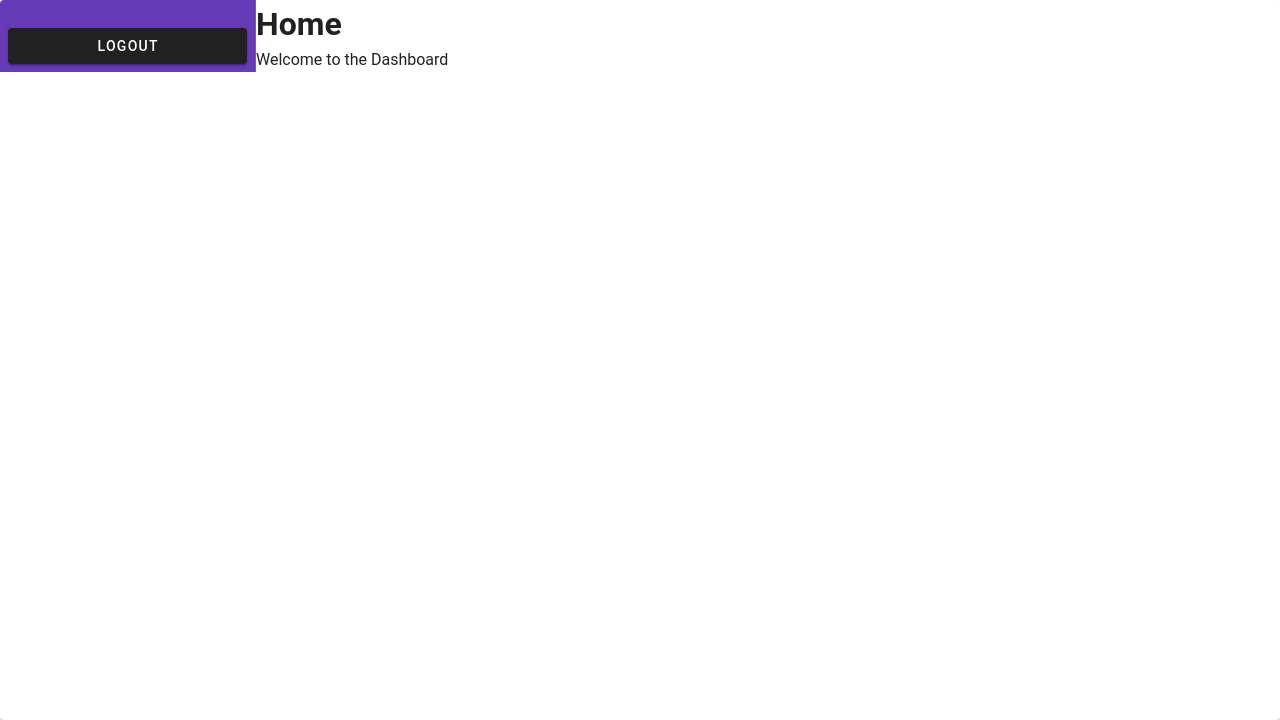
Repository: NtiSilva/Front_AG
Page: /
The author's editor kept a copy of each file at every save. The page is drawn from the files as they stood at one save, then again after the next save.
The browser window is 1280 px wide. The pictures show the whole page.
The project was rebuilt for these pictures with package versions that can differ from the ones it lists, and the page was loaded fresh each time. Also part of the build but not shown: vite.config.mjs, src/components/Alert.vue, src/components/Atividades/FormActivities.vue, src/components/Atividades/index.vue, src/components/Clientes/FormClient.vue, src/components/Dialog.vue, src/components/DialogRemove.vue, src/components/Clientes/ListClients.vue and 9 more.

Above is the page before, as saved 2024-06-19 16:14:03.

### src/App.vue
<template>
  <v-app>
    <v-card style="height: 100%">
    <v-layout>
      <v-navigation-drawer
        class="bg-deep-purple"
        theme="dark"
        permanent
      >
        <v-list color="transparent">
          <v-list-item prepend-icon="mdi-view-dashboard" title="Dashboard"></v-list-item>
          <v-list-item prepend-icon="mdi-account-box" title="Account"></v-list-item>
          <v-list-item prepend-icon="mdi-gavel" title="Admin"></v-list-item>
        </v-list>

        <template v-slot:append>
          <div class="pa-2">
            <v-btn block>
              Logout
            </v-btn>
          </div>
        </template>
      </v-navigation-drawer>

      <v-main style="height: 100%">
        <router-view />
      </v-main>
    </v-layout>
  </v-card>
  </v-app>
</template>

<script>
export default {
  name: 'App',
  methods: {
    navigateTo(route) {
      this.$router.push(route);
    },
  },
};
</script>

### src/plugins/vuetify.js
/**
 * plugins/vuetify.js
 *
 * Framework documentation: https://vuetifyjs.com`
 */

// Styles
import "@mdi/font/css/materialdesignicons.css";
import "vuetify/styles";

// Composables
import { createVuetify } from "vuetify";

// https://vuetifyjs.com/en/introduction/why-vuetify/#feature-guides
export default createVuetify({
  // theme: {
  //   defaultTheme: "",
  // },
});

### src/router/index.js
import { createRouter, createWebHistory } from "vue-router";
import Projects from "@/pages/Projects.vue";
import Activities from "@/pages/Activities.vue";
import Clients from "@/pages/Clients.vue";
import Home from "@/pages/HomePage.vue";

const routes = [
  {
    path: "/",
    name: "Home",
    component: Home,
  },
  {
    path: "/clients",
    name: "Clients",
    component: Clients,
  },
  {
    path: "/activities",
    name: "Activities",
    component: Activities,
  },
  {
    path: "/projects",
    name: "Projects",
    component: Projects,
  },
];

const router = createRouter({
  history: createWebHistory(process.env.BASE_URL),
  routes,
});

export default router;

### src/pages/HomePage.vue
<template>
  <div>
    <h1>Home</h1>
    <p>Welcome to the Dashboard</p>
  </div>
</template>

<script>
export default {
  name: 'Home',
};
</script>

Loaded but not shown: index.html (common file); src/main.js (common file); src/plugins/index.js (common file)

After the next save:
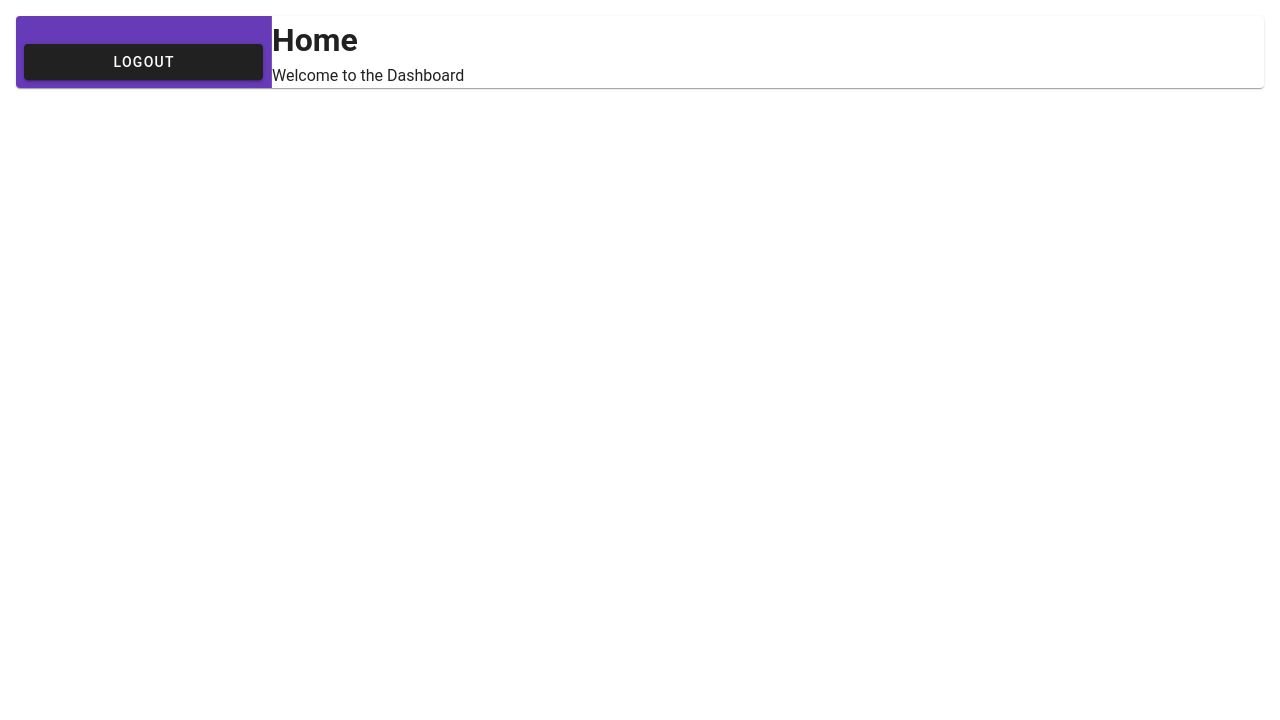
Saved 59 s later.
--- a/src/App.vue
+++ b/src/App.vue
@@ -1,6 +1,8 @@
 <template>
   <v-app>
-    <v-card style="height: 100%">
+    <v-main style="height: 100%">
+      <v-container fluid>
+    <v-card>
     <v-layout>
       <v-navigation-drawer
         class="bg-deep-purple"
@@ -27,6 +29,8 @@
       </v-main>
     </v-layout>
   </v-card>
+      </v-container>
+    </v-main>
   </v-app>
 </template>
 
